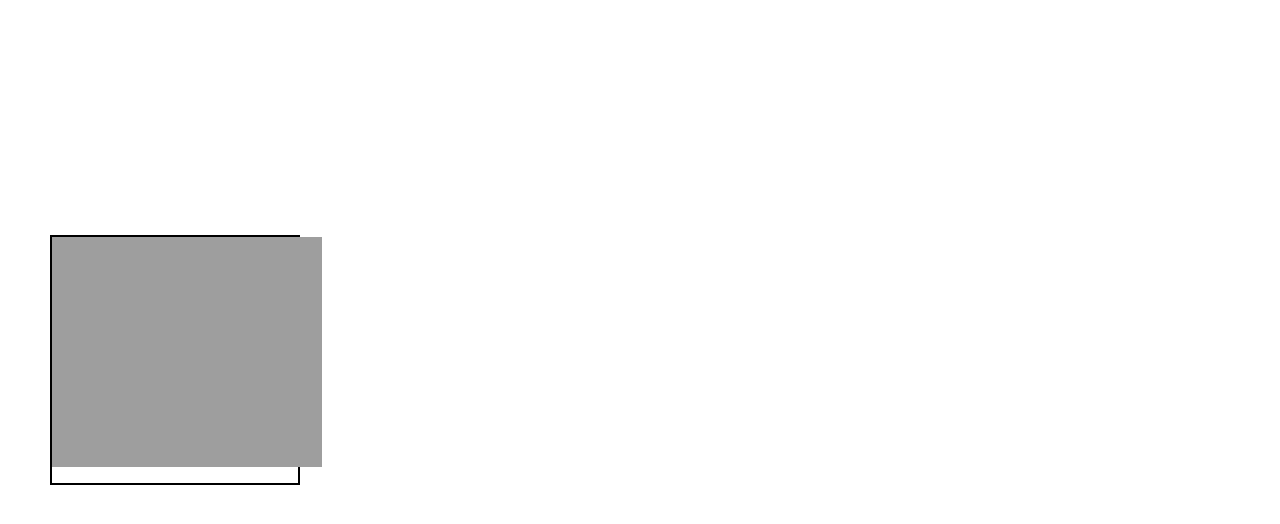
Repository: ahsankalim09/light-Agency
Page: services.html
The author's editor kept a copy of each file at every save. The page is drawn from the files as they stood at one save, then again after the next save.
The browser window is 1280 px wide. The pictures show the whole page.
Pictures or frames that could not be fetched are drawn as grey boxes.

Above is the page before, as saved 2020-10-11 19:37:30.

After the next save:
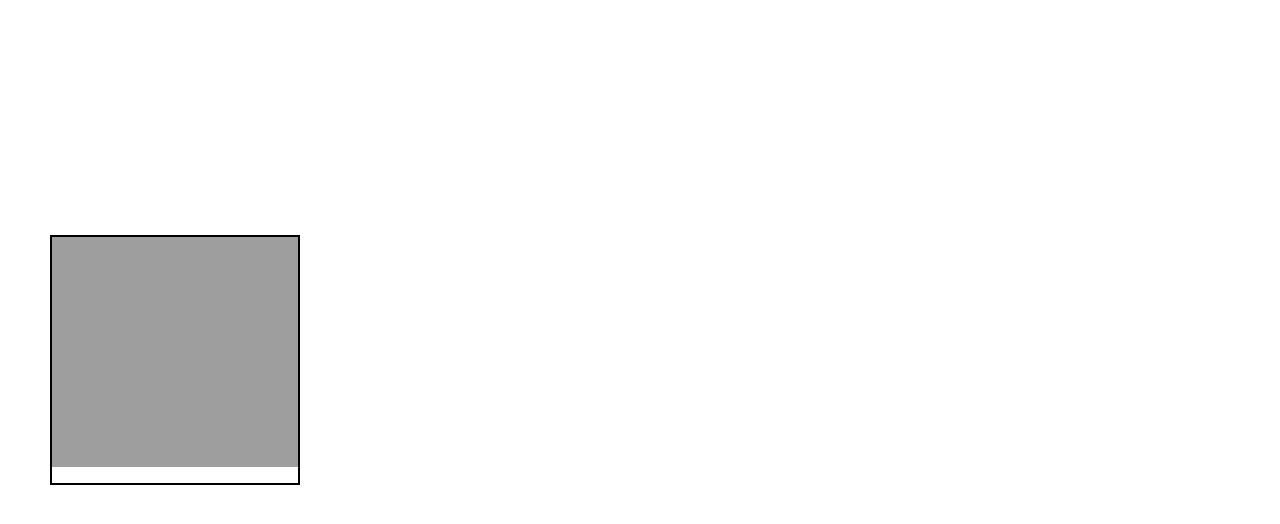
Saved 9 s later.
--- a/services.html
+++ b/services.html
@@ -41,7 +41,7 @@
 
       .facebook{
         display: block;
-        width: 270px;
+        /* width: 270px; */
         height: 230px;
         cursor: pointer;
         background-image: url('./assests/images/social-media/PUZZLE1.png');
